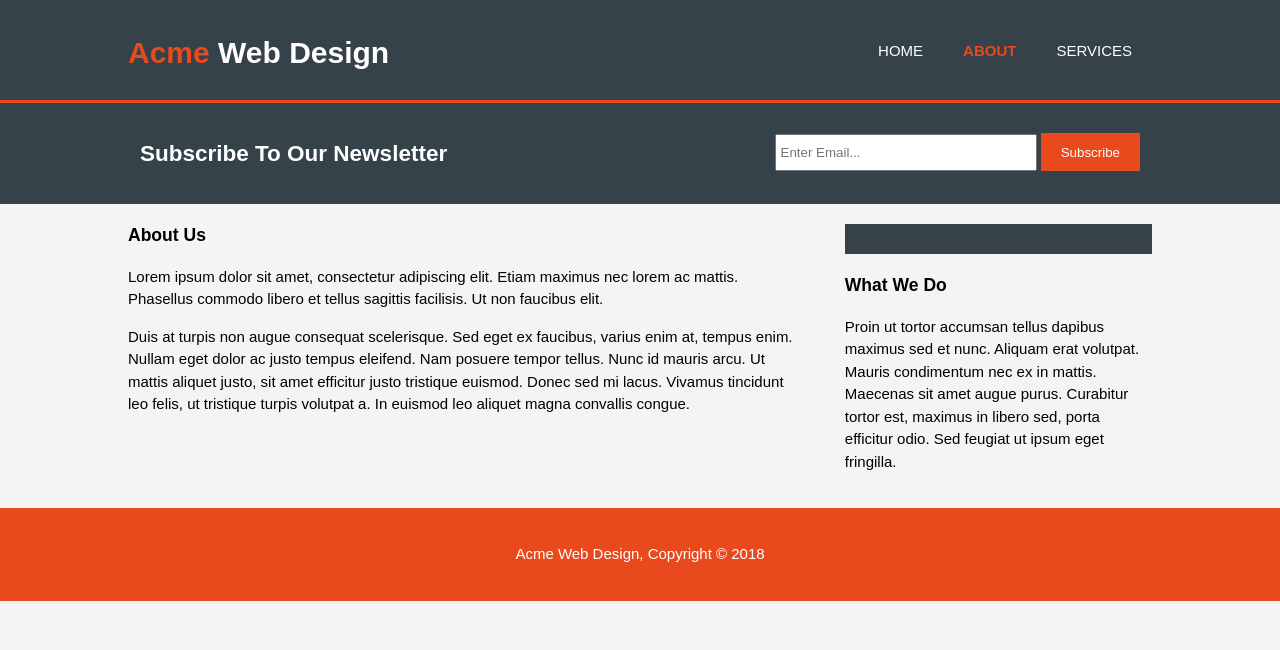
Repository: pablitoe61/exercices-html
Page: responsive/about.html
The author's editor kept a record of every edit. The page is drawn from the files as they stood at one moment, then again after the next edit.
The browser window is 1280 px wide. The pictures show the whole page.
Some web libraries are served in a nearby version.

Above is the page before.

### responsive/about.html
<!DOCTYPE html>
    <html lang="en">
        <head>
            <title>Acme Web Design | About</title>
            <meta charset="UTF-8">
            <meta name="viewport" content="width=device-width, initial-scale=1.0">
            <meta http-equiv="X-UA-Compatible" content="ie=edge">
            <meta name="description" content="Affordable and professional web design">
            <meta name="keywords" content="web design, affordable web design, professional web design">
            <meta name="author" content="Pablo Espinoza">
            <link rel="stylesheet" href="https://use.fontawesome.com/releases/v5.5.0/css/all.css" integrity="sha384-B4dIYHKNBt8Bc12p+WXckhzcICo0wtJAoU8YZTY5qE0Id1GSseTk6S+L3BlXeVIU" crossorigin="anonymous">
            <link rel="stylesheet" href="css/styles.css">
        </head>
        <body>

            <header>
                <div class="container">
                    <div id="branding">
                        <h1><span class="highlight">Acme</span> Web Design</h1>
                    </div>
                    <nav>
                        <ul>
                            <li><a href="index.html">Home</a></li>
                            <li class="current"><a href="about.html">About</a></li>
                            <li><a href="services.html">Services</a></li>
                        </ul>
                    </nav>
                </div>
            </header>


            <section id="newsletter">
                <div class="container">
                    <h1>Subscribe To Our Newsletter</h1>
                    <form>
                        <input type="email" placeholder="Enter Email...">
                        <button type="submit" class="button_1">Subscribe</button>
                    </form>
                </div>
            </section>

            <section id="main">
                <div class="container">
                    <article id="main-col">
                        <h1 class="page-title">About Us</h1>
                        <p>
                            Lorem ipsum dolor sit amet, consectetur adipiscing elit. Etiam maximus nec lorem ac mattis. Phasellus commodo libero et tellus sagittis facilisis. Ut non faucibus elit.
                        </p>
                        <p>
                            Duis at turpis non augue consequat scelerisque. Sed eget ex faucibus, varius enim at, tempus enim. Nullam eget dolor ac justo tempus eleifend. Nam posuere tempor tellus. Nunc id mauris arcu. Ut mattis aliquet justo, sit amet efficitur justo tristique euismod. Donec sed mi lacus. Vivamus tincidunt leo felis, ut tristique turpis volutpat a. In euismod leo aliquet magna convallis congue.
                        </p>
                    </article>

                    <aside id="sidebar">
                        <div class="dark">

                        </div>
                        <h3>What We Do</h3>
                        <p>Proin ut tortor accumsan tellus dapibus maximus sed et nunc. Aliquam erat volutpat. Mauris condimentum nec ex in mattis. Maecenas sit amet augue purus. Curabitur tortor est, maximus in libero sed, porta efficitur odio. Sed feugiat ut ipsum eget fringilla.</p>
                    </aside>
                </div>
            </section>

            <footer>
                <p>Acme Web Design, Copyright &copy; 2018</p>
            </footer>

        </body>
    </html>

### responsive/css/styles.css
body{
    font: 15px/1.5 Arial, Helvetica, sans-serif;
    padding:0;
    margin:0;
    background-color:#f4f4f4;
}

/* Global */

.container{
    width:80%;
    margin:auto;
    overflow:hidden;
}

ul{
    margin:0;
    padding:0;
}

.button_1{
    height:38px;
    background:#e8491d;
    border:0;
    padding: 0 20px;
    color:#fff;
}

.dark{
    padding:15px;
    background:#35424a;
    color:#fff;
    margin-top:10px;
    margin-bottom:10px;
}

/* Header */

header{
    background:#35424a;
    color:#ffffff;
    padding-top:30px;
    min-height:70px;
    border-bottom:#e8491d 3px solid;
}

header a{
    color:#fff;
    text-decoration:none;
    text-transform:uppercase;
}

header ul{
    margin:0;
    padding:0;
}

header li{
    float:left;
    display: inline;
    padding: 0 20px;
}

header #branding{
    float:left;
}

header #branding h1{
    margin:0;
}

header nav{
    float:right;
    margin-top:10px;
}

header .highlight, header .current a{
    color:#e8491d;
    font-weight:bold;
}

header a:hover{
    color:#ccc;
    font-weight:bold;
}

/* Showcase */

#showcase{
    min-height:400px;
    background:url(../img/showcase.jpg) no-repeat -600px -700px;
    filter:grayscale(20%);
    text-align:center;
    color:#fff;
}

#showcase h1{
    margin-top:100px;
    font-size:55px;
    margin-bottom:10px;
}

#showcase p{
    font-size:20px;
}

/* Newsletter */

#newsletter{
    padding:15px;
    color:#fff;
    background:#35424a;
}

#newsletter h1{
    float:left;
}

#newsletter form{
    float:right;
    margin-top:15px;
}

#newsletter input[type="email"]{
    padding:4px;
    height:25px;
    width:250px;
}

/* Boxes */

#boxes{
    margin-top:20px;
}

#boxes .box{
    float:left;
    text-align:center;
    width:30%;
    padding:10px;
}

#boxes .box .logu{
    font-size: 150px;
}

.fa-html5{
    color:#F16529;
}

.fa-css3-alt{
    color:#2A65F1;
}


/* Sidebar */

aside#sidebar{
    float:right;
    width:30%;
    margin-top:10px;
}

aside#sidebar .quote input, aside#sidebar .quote input {
    width:90%;
    padding:5px;
}

/* Main-col */

article#main-col{
    float:left;
    width:65%;
}

/* Services */

ul#services li{
    list-style:none;
    padding:20px;
    border: #ccc solid 1px;
    margin-bottom:5px;
    background:#e6e6e6;
}

footer{
    padding:20px;
    margin-top:20px;
    color:#fff;
    background-color:#e8491d;
    text-align:center;
}

/* Media Queries */

@media(max-width: 768px){
    header #branding,
    header nav,
    header nav li,
    #newsletter h1,
    #newsletter form{
        float:none;
        text-align:center;
        width:100%;
    }

    header{
        padding-bottom:20px;
    }

    #showcase h1{
        margin-top:40px;
    }

    #newsletter button{
        display:block;
        width:100%;
    }

    #newsletter form input[type="email"]{
        width:100%;
        margin-bottom:5px;
    }
}

After the next edit:
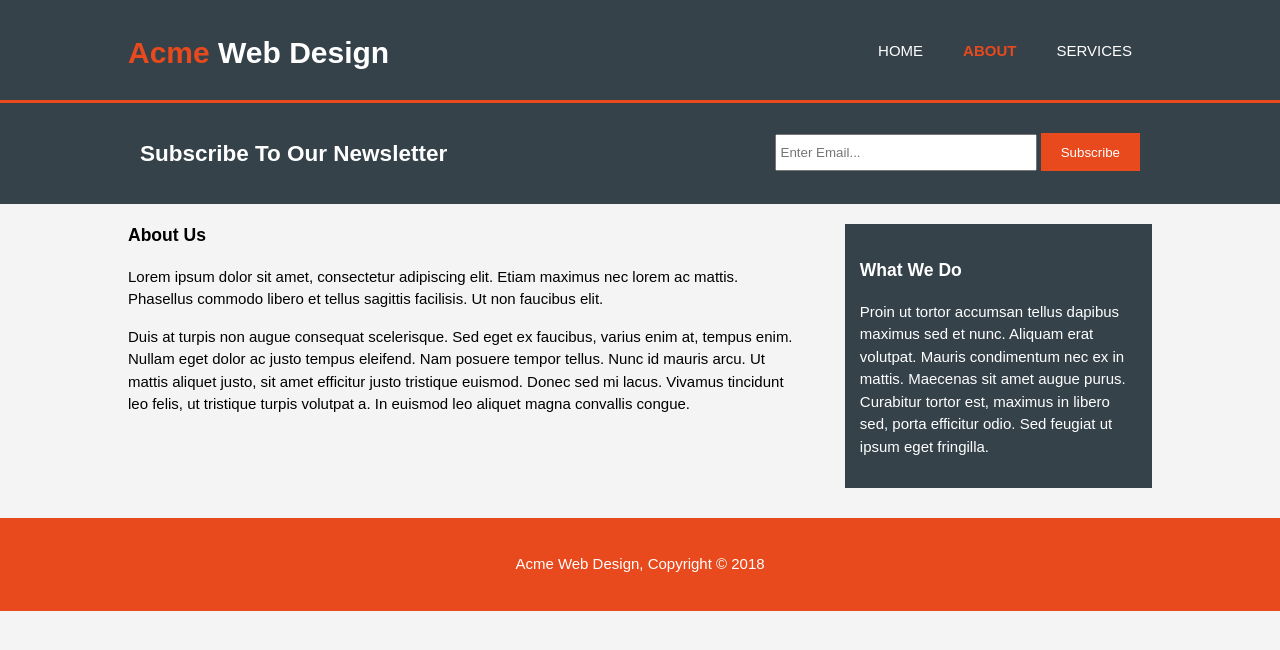
The edit:
--- a/responsive/about.html
+++ b/responsive/about.html
@@ -53,10 +53,9 @@
 
                     <aside id="sidebar">
                         <div class="dark">
-
+                            <h3>What We Do</h3>
+                            <p>Proin ut tortor accumsan tellus dapibus maximus sed et nunc. Aliquam erat volutpat. Mauris condimentum nec ex in mattis. Maecenas sit amet augue purus. Curabitur tortor est, maximus in libero sed, porta efficitur odio. Sed feugiat ut ipsum eget fringilla.</p>
                         </div>
-                        <h3>What We Do</h3>
-                        <p>Proin ut tortor accumsan tellus dapibus maximus sed et nunc. Aliquam erat volutpat. Mauris condimentum nec ex in mattis. Maecenas sit amet augue purus. Curabitur tortor est, maximus in libero sed, porta efficitur odio. Sed feugiat ut ipsum eget fringilla.</p>
                     </aside>
                 </div>
             </section>
